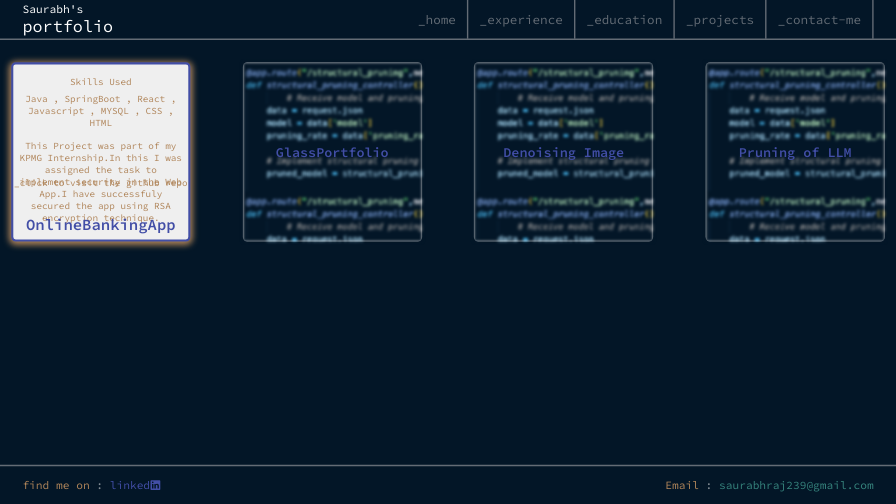
Repository: saurabhraj23/FrontendReactPortfolio
Page: /projects
These files come from the project's save history. The page is drawn as it stood at one moment and after the next save; the edit follows.
The browser window is 1280 px wide. The pictures show the part of the page from y = 0 to 1920 px (the page is 720 px tall before and 3309 px after), at 70% of full size.
The pointer rests on the first visible `.project-item`.
The project was rebuilt for these pictures with package versions that can differ from the ones it lists, and the page was loaded fresh each time. Also part of the build but not shown: vite.config.js, src/components/Education.jsx, src/components/Experience.jsx, src/components/Contacts.jsx, src/styles/default-page.css, src/components/DefaultPage.jsx.

Above is the page before, as saved 2024-07-23 15:15:38.

### index.html
<!doctype html>
<html lang="en">
  <head>
    <meta charset="UTF-8" />
    <link rel="icon" type="image/svg+xml" href="" />
    <meta name="viewport" content="width=device-width, initial-scale=1.0" />
    <title>Saurabh's portfolio</title>
  </head>
  <body>
    <div id="root"></div>
    <script type="module" src="/src/main.jsx"></script>
  </body>
</html>

### src/App.jsx
import React from "react";
import { BrowserRouter as Router, Route, Routes } from "react-router-dom";
import "./styles/App.css";
import Home from "./components/Home";
import Education from "./components/Education";
import Experience from "./components/Experience";
import Contacts from "./components/Contacts";
import Projects from "./components/Projects";
import Heading from "./components/Heading";
import Footer from "./components/Footer";
import DefaultPage from "./components/DefaultPage";

function App() {
  return (
    <div className="main">
      <Router>
        <Heading />
        <Routes>
          <Route path="/" element={<Home />}>
            <Route path="/" element={<DefaultPage />} />
            <Route path="/education" element={<Education />} />
            <Route path="/experience" element={<Experience />} />
            <Route path="/contacts" element={<Contacts />} />
            <Route path="/projects" element={<Projects />} />
          </Route>
        </Routes>
        <Footer />
      </Router>
    </div>
  );
}

export default App;

### src/styles/App.css
@import "./color.css";
@import "./experience.css";
@import "./education.css";
@import "./project.css";
@import "./header.css";
@import "./contact-me.css";
@import "./footer.css";
@import "./default-page.css";


*{
  margin:0;
  padding: 0;
  box-sizing: border-box;
  font-family: "Source Code Pro";
  font-weight: 400;
}

.main{
  background-color: var(--bg-color);
  color: var(--primary-white);
  height: 100vh;
  width: 100%;
  display: grid;
  grid-template-rows: 1fr 8fr 1fr;
  grid-template-columns: 4fr 3fr;
}

### src/components/Home.jsx
import React from "react";
import { Outlet } from "react-router-dom";

function Home() {
  return (
    <>
      <Outlet />
    </>
  );
}

export default Home;

### src/components/Projects.jsx
import React from "react";
import "../styles/App.css";
import { Link } from "react-router-dom";
import py from "../assets/py.png";
function Projects() {
  return (
    <>
      <div className="projects-left-side"></div>
      <div className="projects-right-side">
        <Link to={"https://github.com/saurabhraj23/OnlineBankingAppKPMG"}>
          <button className="project-item">
            <span>
              <span className="skills">
                <span className="skill-heading">Skills Used</span>
                <span>
                  Java , SpringBoot , React , Javascript , MYSQL , CSS , HTML
                </span>
              </span>
              <span>
                This Project was part of my KPMG Internship.In this I was
                assigned the task to implement security in the Web App.I have
                successfuly secured the app using RSA encryption technique.
              </span>
            </span>
            <span>OnlineBankingApp</span>
          </button>
        </Link>
        <Link to={"https://github.com/saurabhraj23/Glass-Portfolio"}>
          <button className="project-item">
            <span>
              <span className="skills">
                <span className="skill-heading">Skills Used :</span>
                <span>HTML , CSS , Javascript</span>
              </span>
              <span>
                The Website consists of some animation with glass design
                interface.Javascript DOM is used to perform click event.CSS
                property is extensively used to give the portfolio website a
                desirable look.
              </span>
            </span>
            <span>GlassPortfolio</span>
          </button>
        </Link>
        <Link to={"https://github.com/saurabhraj23/Denoising-Image"}>
          <button className="project-item">
            <span>
              <span className="skills">
                <span className="skill-heading">Skills Used</span>
                <span>Python , OpenCV</span>
              </span>
              <span>
                This project was meant to remove the periodic noise from the
                image by using Butterworth Low Pass Filter.
              </span>
            </span>
            <span>Denoising Image</span>
          </button>
        </Link>
        <Link to={"https://github.com/saurabhraj23/Pruning"}>
          <button className="project-item">
            <span>
              <span className="skills">
                <span className="skill-heading">Skills Used :</span>
                <span>Python , Flask , HuggingFace-cli , Linux</span>
              </span>
              <span>
                The Project aimed to demonstrate the capabilities of Kortex in
                enhancing AI-based operations within KPMG.I successfully
                completed the tasks assigned to me by implementing User
                Management functionalities , Optimizing and Prunining LLM models
                within Kortex.
              </span>
            </span>
            <span> Pruning of LLM</span>
          </button>
        </Link>
      </div>
    </>
  );
}

export default Projects;

### src/components/Heading.jsx
import React from "react";
import Navbar from "./Navbar";
function Heading() {
  return (
    <header className={"heading"}>
      <h2>
        <h6>Saurabh's</h6>
        portfolio
      </h2>
      <Navbar />
    </header>
  );
}

export default Heading;

### src/components/Footer.jsx
import React from "react";
import { Link } from "react-router-dom";
import { FaLinkedin } from "react-icons/fa";

function Footer() {
  return (
    <footer className="footer">
      <div>
        <span>find me on</span> <span>&nbsp;:</span>
        <Link to={"https://www.linkedin.com/in/saurabhraj239/"}>
          <span>
            &nbsp;linked
            <FaLinkedin />
          </span>
        </Link>
      </div>
      <div>
        <span>Email</span> <span> :</span>
        <span> saurabhraj239@gmail.com</span>
      </div>
    </footer>
  );
}

export default Footer;

### src/styles/color.css
@import url('https://fonts.googleapis.com/css2?family=Source+Code+Pro:ital,wght@0,200..900;1,200..900&display=swap');

:root {
--bg-color:#031627;
--primary-white:#fff;
--primary-dark:#d3d0d076;
--secondary-blue:#424ea6;
--tertiary-green:#37857e;
--tertiary-green-dark:#77E4C8;
--tertiary-brown-light:#D4BDAC;
--tertiary-orange:#b0855a;

}

### src/styles/experience.css
@import "./color.css";

.experience-left-side{
  display: none;
}
.experience-right-side{
  margin: 2rem;
  grid-column: 1/3;

}
.experience-right-side > div:first-child{
  display: flex;
  justify-content: space-between;
}
.experience-right-side>div:first-child>span:nth-child(2) span{
display: inline-block;
}
.experience-right-side>div:first-child>span:nth-child(2)>span:nth-child(2){
  animation: present 2s infinite alternate ease-in-out;

}

@keyframes present {
  from{

    opacity: 0;
  }
  to{

    opacity: 1;
  }
}

.experience-right-side>div:first-child>span:first-child{
  font-size: 1.4rem;
  color: var(--secondary-blue);
  font-weight: 600;
  margin-bottom: 3rem;
  text-decoration: underline;
}

.experience-right-side span{
  display: block;
}

.internship-details{
  display: flex;
  flex-direction: column;
}
.internship-details>span:first-child{
  font-size: 1.2rem;
  color: var(--tertiary-green);
  font-weight: 600;
  letter-spacing: 0.2rem;
  margin-bottom:1rem ;


}
.internship-details>span:nth-child(2){
  /* letter-spacing: 0.1rem; */
  color: var(--tertiary-brown-light);

}

.internship-details>span:nth-child(2)>span:first-child{
  font-size: 1.1rem;
  font-weight: 500;
  color: var(--tertiary-orange);

}


.internship-details>span:first-child span{
  display: inline-block;

}

.internship-details>span:nth-child(2)>span:first-child{
  letter-spacing: 0.2rem;
}

.internship-details>span:first-child>span:first-child{
  animation: arrowMove 1.6s infinite alternate ease-in-out;
  }

.fte-details{
  display: flex;
  flex-direction: column;
  margin-top: 2rem;

}
.fte-details>span:first-child{
  font-size: 1.2rem;
  color: var(--tertiary-green);
  font-weight: 600;
  letter-spacing: 0.2rem;
  margin-bottom: 1rem;

}

.fte-details>span:nth-child(2){
  color: var(--tertiary-brown-light);
}

.fte-details>span:nth-child(2)>span:nth-child(1)>span:first-child{
  color: var(--tertiary-orange);
  font-size: 1.1rem;
  font-weight: 500;
  }

.fte-details>span:nth-child(2)>span:nth-child(2)>span:first-child{
  letter-spacing: 0.2rem;
}
.fte-details>span:nth-child(2)>span:nth-child(1)>span:first-child{
  letter-spacing: 0.2rem;
}

.fte-details>span:nth-child(2)>span:nth-child(2){
  margin-top: 1rem;
}
.fte-details>span:nth-child(2)>span:nth-child(2)>span:first-child{
font-size: 1.1rem;
font-weight: 500;
color: var(--tertiary-orange);
}

.fte-details>span:first-child span{
  display: inline-block;
}

.fte-details>span:first-child>span:first-child{
animation: arrowMove 1.6s infinite alternate ease-in-out;
}

@keyframes arrowMove {
  from{
    transform: translateX(-0.6rem);
  }
  to{
    transform: translateX(0);
  }
}

.current-working  span{
  display: inline-block;
  animation: colorChange 2s infinite alternate ease-in-out ;

}

@keyframes colorChange {
  from{
color: var(--tertiary-brown-light);
  }

  to{
    color: var(--primary-white);

  }
}
.current-working{
  display: flex;
  flex-direction: row;
}

### src/styles/education.css
 @import "./color.css";

.education-left-side{
  display: none;
}
.education-right-side{
  margin: 2rem ;
  grid-column: 1/3;

}

.education-right-side{
  display: flex;
  flex-direction: column;
}

.degrees{
  display: flex;
  justify-content: space-between;
  margin-bottom: 2rem;
}

.degrees>span:first-child>h2{
  color: var(--tertiary-orange);
}
.degrees>span:first-child>h4{
  color: var(--tertiary-green);
}
.degrees>span:first-child>h5{
  color: var(--tertiary-brown-light);
  font-weight: 600;
}

.degrees>span:first-child>h3{
  display: flex;
  flex-direction: row;
}

.degrees>span:first-child>h3>span:nth-child(2){
  color: var(--tertiary-green-dark);
  animation: passed 2s infinite alternate ease-in-out;
}

@keyframes passed {
  from{
opacity: 0;
  }
  to{
opacity: 1;
  }
}
.degrees span:first-child {
  display: flex;
  flex-direction: column;
  gap: 0.6rem;
}
.degree-year{
  color: var(--tertiary-orange);
}

### src/styles/project.css
.projects-left-side{
  border: 1px solid red;
  display: none;
}
.projects-right-side{
  grid-column: 1/3;
  padding: 1rem;
  display: flex;
  justify-content: space-between;
  text-decoration: none;
  position: relative;
}

.projects-right-side > a{
  text-decoration: none;
}

.project-item{
  width: 20vw;
  height: 20vw;
  display: flex;
  justify-content: center;
  align-items: center;
  position: relative;
  flex-direction: column;
  border-radius: 0.4rem ;
  border: none;

}

.project-item:hover{
  cursor: pointer;
  box-shadow: 0 0.12rem 0.6rem 0.2rem var(--tertiary-orange);
  border: 0.20rem solid var(--secondary-blue);


}

.project-item span{
  display: inline-block;
  padding: 0.5rem;
}


.project-item>span:first-child{
  display: none;
}

.project-item:hover span:first-child{
  display: contents;
  color: var(--tertiary-orange);
  transition: all 2s;
}

.project-item>span:last-child{
  color: var(--secondary-blue);
transition: all 2s;
font-size: 1.2rem;
font-weight: 600;
z-index: 1;
}

.project-item:hover >span:last-child{
  width: 100%;
  position: absolute;
  bottom: 0;
  text-align: center;
  font-size: 1.4rem;
  }

  .project-item::before{
    content: "";
    position: absolute;
    background-image: url(../assets/py.png);
    filter: blur(2px);
    top: 0;
    bottom: 0;
    left: 0;
    right: 0;
  }

  .project-item:hover::before{
content: "_click to visit the github repo";
background-image: none;
position: absolute;
bottom: -2rem;
color: var(--tertiary-orange);
filter: blur(0);
top: 10rem;

  }

### src/styles/header.css
.heading{
  grid-column: 1/3;
  display: flex;
  justify-content: space-between;
  align-items: center;
  border-bottom: 0.16rem solid var(--primary-dark);
  padding:0 2rem;
  margin-bottom: 1rem;
  }

  nav button{
    padding: 1rem;
    background-color: transparent;
    cursor: pointer;
    font-size: large;
    color: var(--primary-dark);
    border: none;
    border-right: 0.16rem solid var(--primary-dark);
  }

  nav button:hover{
    color: var(--primary-white);
    box-shadow: inset 0 -0.16rem 0 0 var(--tertiary-green);

  }

  .active{
    /* box-shadow: inset 0 -0.16rem 0 0 var(--tertiary-green); */
    color: var(--tertiary-green);
  }

### src/styles/contact-me.css
@import "../styles/color.css";

.contact-me-left-side{
  display: none;
}

.contact-me-right-side{
  grid-column: 1/3;
  display: grid;
  grid-template-columns: 2fr 1.1fr;
padding:  0 2rem;
}

.contact-me-left{
  /* border: 1px solid green; */
  padding: 1rem 2rem;
display: flex;
flex-direction: column;
gap: 0.7rem;

}

.contact-me-right{
  background-color: var(--primary-white);
  border-radius: 3%;
  padding: 1rem 2rem;
  color: var(--tertiary-green);
}

.image{
display: flex;
flex-direction: column;
align-items: center;
justify-content: center;
position: relative;
}

.image>img{
  width: 40%;
  object-fit: contain;
  border-radius: 50%;
  position: relative;
  z-index: 10;
}

.contact-me-left>span:first-child {
  font-size: 2.2rem;
  letter-spacing: 0.4rem;
  font-weight: 500;
}
.contact-me-left>span:first-child span{
  font-size: 2rem;
  letter-spacing: 0.4rem;
  color: var(--tertiary-green-dark);
  font-weight: 500;

}

.contact-me-left span{
  font-size: 1rem;
}
.contact-me-left a{
  text-decoration: none;
}
.contact-me-left a:visited{
color: var(--primary-white);
}

.circle{
  /* border: 1px solid red; */
  width: 44%;
  padding-top: 44%;
  border-radius: 50%;
  position: absolute;
  background-color: var(--tertiary-green);
  /* transform: translateX(-4rem); */
  z-index: 8;
  animation: round 4s infinite alternate ease-in-out;
}

@keyframes round {
  from{
background-color: val(--bg-color);
transform: scale(0);
  }
  50%{
    background-color: val(--secondary-blue);
    transform: scale(0.9);
  }
  to{
    background-color: val(--tertiary-green);
    transform: scale(1);
  }
}

.contact-details>span:first-child{
color: var(--tertiary-green-dark);
}

form{
display: flex;
flex-direction: column;
font-size: larger;
letter-spacing: 0.1rem;


}
.contact-me-form-heading{
text-align: center;
font-size: 2rem;
  width: 100%;

padding: 0.6rem;
border-radius: 0.4rem;
letter-spacing: 0.2rem;
box-shadow: 0 0.12rem 0 0.2rem var(--tertiary-green);

}


.contact-me-form-heading>span{

}

.fields{
  display: flex;
  flex-direction: column;
  margin-top: 1.8rem;

}

.fields>input{
  height: 2rem;
  border: none;
  outline: none;
  border-bottom: 0.16rem solid var(--primary-dark);
  font-size: 1rem;
  box-sizing:border-box;
  padding: 0.6rem;
  letter-spacing: 0.1rem;


}

.fields>input:focus{
border-bottom: 0.2rem solid var(--tertiary-green);

}

form div:nth-of-type(5)>textarea{
/* height: 8rem; */
outline: 0.12rem solid var(--primary-dark);
border-radius: 0.4rem;
padding-left: 1rem;
margin-top: 1rem;
padding: 0;
border: none;
border-bottom: 0.16rem solid var(--primary-dark);
font-size: 1rem;
resize: none;
box-sizing: border-box;
padding:0.6rem ;
}

.fields>textarea:focus{
  /* border-bottom: 0.2rem solid var(--tertiary-green); */
  box-shadow: 0 0.2rem 0 0 var(--tertiary-green)

  }

form> button{
font-size: large;
padding: 0.6rem 0.6rem;
border-radius: 2rem;
border: none;
cursor: pointer;
color: var(--primary-white);
background-color: var(--tertiary-green);
margin-top: 1rem;
}

.radio{
  display: flex;
  flex-direction: row;
  justify-content: space-evenly;
padding-top: 2rem;
}

.radio>span>label{
margin-left: 1rem;
/* font-size: larger; */
}

.radio>span>input{
  scale: 1.2;
  }

### src/styles/footer.css
.footer{
  grid-column: 1/3;
  display: flex;
  flex-direction: row;
  justify-content: space-between;
  align-items: center;
  padding: 0 2rem;
  border-top: 0.16rem solid var(--primary-dark);
margin-top: 1rem;
}

.footer > div:first-child{
  display: flex;
  align-items: center;
  justify-content: center;
}

.footer > div:first-child > span:first-child{
  color: var(--tertiary-orange);
}
.footer > div:first-child > a>span{
  color: var(--secondary-blue);
  display: flex;
  align-items: center;
  justify-content: center;
}

.footer > div:nth-of-type(2) > span:nth-of-type(1){
  color: var(--tertiary-orange);
}
.footer > div:nth-of-type(2) > span:nth-of-type(3){
  color: var(--tertiary-green);
}

.footer>div:first-child >a{
text-decoration: none;
color: var(--secondary-blue);
}

.footer>div:first-child span:nth-child(2){
  animation: blink 2s infinite alternate linear;
}
.footer>div:last-child span:nth-child(2){
  animation: blink 2s infinite alternate linear;
  color: white;
}

@keyframes blink {
  from{
    opacity: 0;
  }
  to{
    opacity: 1;
  }
}

### src/components/Navbar.jsx
import React, { useRef, useState } from "react";
import { Link } from "react-router-dom";

function Navbar() {
  const navBar = [
    { path: "/", label: "_home" },
    { path: "/experience", label: "_experience" },
    { path: "/education", label: "_education" },
    { path: "/projects", label: "_projects" },
    { path: "/contacts", label: "_contact-me" },
  ];

  const [activeIndex, setActiveIndex] = useState(false);

  return (
    <nav>
      {navBar.map((element, idx) => (
        <Link key={idx} to={element.path}>
          <button
            className={activeIndex === idx ? "active" : ""}
            onClick={() => {
              setActiveIndex(idx);
            }}
          >
            {element.label}
          </button>
        </Link>
      ))}
    </nav>
  );
}

export default Navbar;

Loaded but not shown: src/main.jsx (common file); src/index.css (no stored copy; drawn as an empty file)

After the next save:
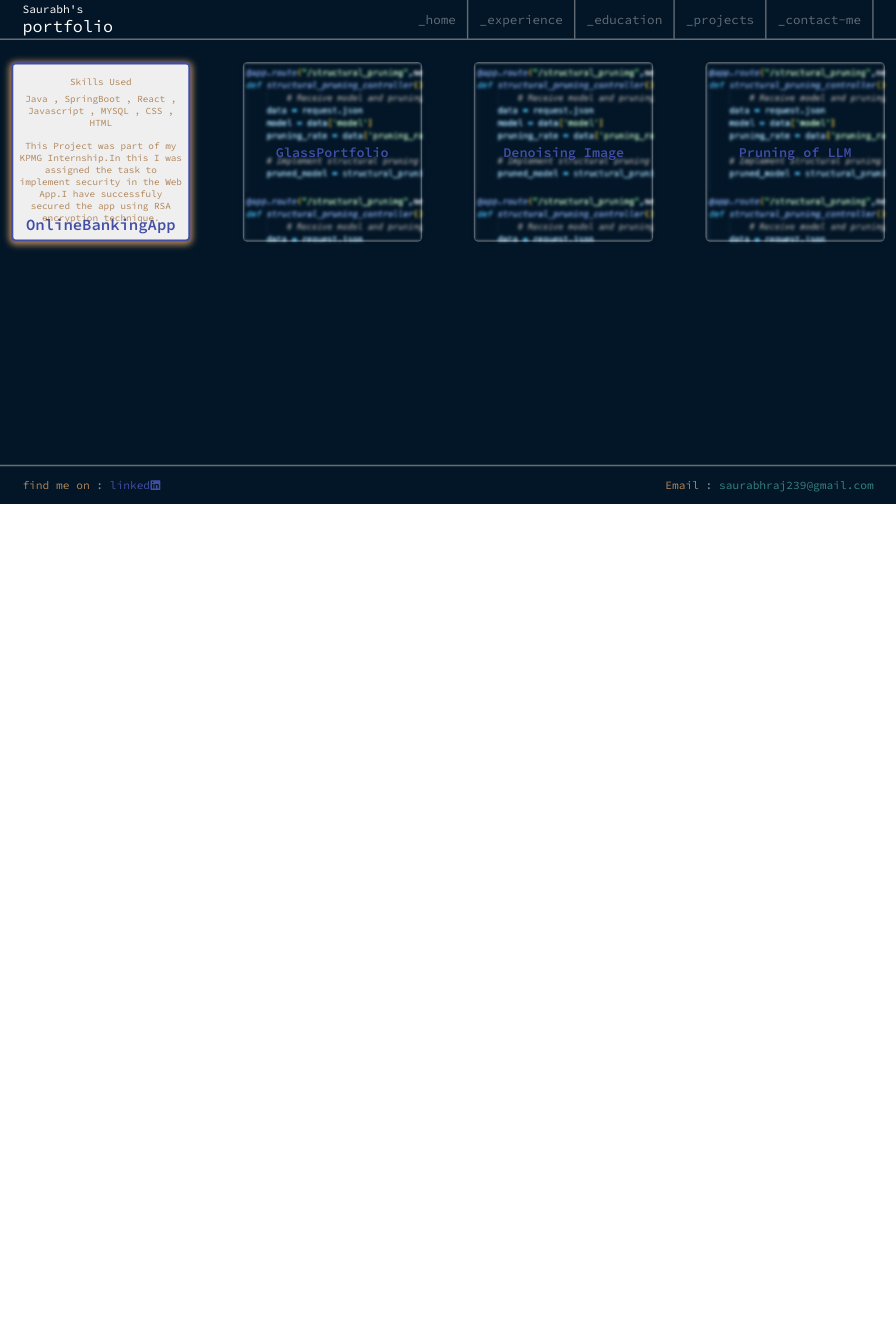
Saved 9 s later.
--- a/src/styles/project.css
+++ b/src/styles/project.css
@@ -86,6 +86,6 @@ position: absolute;
 bottom: -2rem;
 color: var(--tertiary-orange);
 filter: blur(0);
-top: 10rem;
+top: 200rem;
 
   }
